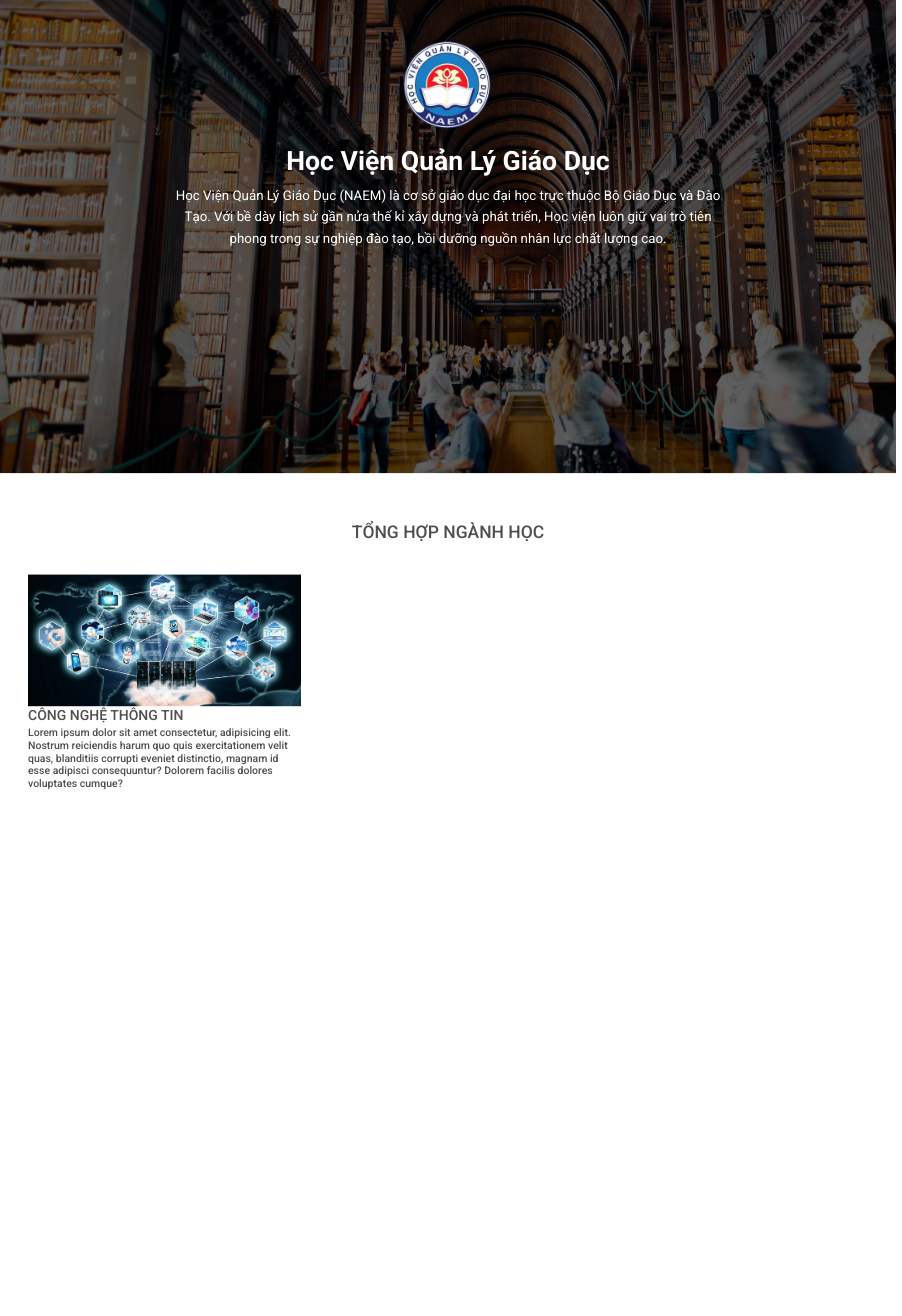
Repository: hongphuck1/trangweb1
Page: index.html
The author's editor kept a copy of each file at every save. The page is drawn from the files as they stood at one save, then again after the next save.
The browser window is 1280 px wide. The page is 1288 px wide, so the pictures cover 1288 px, including what lies to the right of the window. The pictures show the part of the page from y = 1247 to 3127 px (the page is 4941 px tall), at 70% of full size.

Above is the page before, as saved 2021-09-07 01:54:13.

### index.html
<!DOCTYPE html>
<html lang="en">

<head>
  <meta charset="UTF-8" />
  <meta name="viewport" content="width=device-width, initial-scale=1, shrink-to-fit=no" />
  <meta http-equiv="x-ua-compatible" content="ie=edge" />
  <title>Material Design for Bootstrap</title>
  <!-- MDB icon -->
  <link rel="icon" href="img/SSS1.png" type="image/x-icon" />
  <!-- Font Awesome -->
  <link rel="stylesheet" href="https://use.fontawesome.com/releases/v5.15.2/css/all.css" />
  <!-- Google Fonts Roboto -->
  <link rel="stylesheet" href="https://fonts.googleapis.com/css2?family=Roboto:wght@300;400;500;700;900&display=swap" />
  <!-- MDB -->
  <link rel="stylesheet" href="css/style.css" />
  <link rel="stylesheet" href="css/base.css" />
  <link rel="stylesheet" href="css/grid.css" />
  <link rel="stylesheet" href="css/mdb.min.css" />
</head>

<body>
  <!-- Start your project here-->
  <div class="main">
    <!--Main Navigation-->
    <header>


      <!-- Navbar -->
      <nav class="navbar--opacity navbar navbar-expand-lg navbar-light fixed-top mask-custom shadow-0">
        <div class="container">

          <a class="navbar-brand nav-link" target="_blank" href="https://mdbootstrap.com/docs/standard/">
            <strong style="font-size: 2.2rem;">MRC</strong>
          </a>
          <button class="navbar-toggler navbar-toggler--opacity" type="button" data-mdb-toggle="collapse"
            data-mdb-target="#navbarSupportedContent" aria-controls="navbarSupportedContent" aria-expanded="false"
            aria-label="Toggle navigation">
            <i style="color: #ccc" class="fas fa-bars"></i>
          </button>
          <div class="collapse navbar-collapse" id="navbarSupportedContent">
            <ul class="navbar-nav me-auto mb-2 mb-lg-0">
              <li class="nav-item active">
                <a class="nav-link" aria-current="page" href="#intro">Giới thiệu</a>
              </li>
              <li class="nav-item">
                <a class="nav-link" href="https://www.facebook.com/MRC.NAEM" rel="nofollow" target="_blank">Hỏi đáp</a>
              </li>
              <li class="nav-item">
                <a class="nav-link" href="https://www.facebook.com/MRC.NAEM" target="_blank">Bài viết</a>
              </li>
              <li class="nav-item">
                <a class="nav-link" href="https://www.facebook.com/messages/t/101815085369835" target="_blank">Liên
                  hệ</a>
              </li>
            </ul>
            <ul class="navbar-nav list-inline">
              <!-- Icons -->
              <li class="">
                <a class="nav-link" href="https://www.youtube.com/channel/UCjl0s7v8m8V4IzuAS1fH-iA" rel="nofollow"
                  target="_blank">
                  <i class="fab fa-youtube"></i>
                </a>
              </li>
              <li class="">
                <a class="nav-link" href="https://www.facebook.com/MRC.NAEM" rel="nofollow" target="_blank">
                  <i class="fab fa-facebook-f"></i>
                </a>
              </li>
              <li class="nav-item">
                <a class="nav-link" href="https://www.tiktok.com/@mrcnaem" rel="nofollow" target="_blank">
                  <i class="fab fa-tiktok"></i>
                </a>
              </li>
              <li class="nav-item">
                <a class="nav-link" href="tel: 0349167687" rel="nofollow" target="_blank">
                  <i class="fas fa-envelope"></i>
                </a>
              </li>
            </ul>
          </div>
        </div>
      </nav>

      <!-- Carousel wrapper -->
      <div id="introCarousel" class="carousel slide carousel-fade shadow-2-strong" data-mdb-ride="carousel">
        <!-- Indicators -->
        <ol class="carousel-indicators">
          <li data-mdb-target="#introCarousel" data-mdb-slide-to="0" class="active"></li>
          <li data-mdb-target="#introCarousel" data-mdb-slide-to="1"></li>
          <li data-mdb-target="#introCarousel" data-mdb-slide-to="2"></li>
        </ol>

        <!-- Inner -->
        <div class="carousel-inner">
          <!-- Single item -->
          <div class="carousel-item active">
            <div class="mask" style="background-color: rgba(0, 0, 0, 0.6);">
              <div class="d-flex justify-content-center align-items-center h-100">
                <div class="text-white text-center">
                  <h1 style="font-size: 2.4rem;" class="mb-3">CLB TUYỂN SINH VÀ TRUYỀN THÔNG - MRC NAEM</h1>
                  <h5 style="font-size: 1.2rem;" class="mb-4">Hỗ trợ tư vấn - hướng nghiệp, trả lời những thắc mắc cho
                    học sinh và phụ huynh.</h5>

                  <a style="font-size: 1.8rem; " class="btn-DANGKI btn btn-outline-light btn-lg m-2"
                    href="https://www.facebook.com/MRC.NAEM" target="_blank" role="button">Đăng kí ngay</a>
                </div>
              </div>
            </div>
          </div>

          <!-- Single item -->
          <div class="carousel-item">
            <div class="mask" style="background-color: rgba(0, 0, 0, 0.3);">
              <div class="d-flex justify-content-center align-items-center h-100">
                <div class="text-white text-center">
                  <h1 style="font-size: 2.4rem;" class="mb-3">CLB TUYỂN SINH VÀ TRUYỀN THÔNG - MRC NAEM</h1>
                  <h5 style="font-size: 1.2rem;" class="mb-4">Hỗ trợ tư vấn - hướng nghiệp, trả lời những thắc mắc cho
                    học sinh và phụ huynh.</h5>

                  <a style="font-size: 1.8rem; " class="btn-DANGKI btn btn-outline-light btn-lg m-2"
                    href="https://www.facebook.com/MRC.NAEM" target="_blank" role="button">Đăng kí ngay</a>
                </div>
              </div>
            </div>
          </div>

          <!-- Single item -->
          <div class="carousel-item">
            <div class="mask" style="
                background: linear-gradient(
                  45deg,
                  rgba(29, 236, 197, 0.7),
                  rgba(91, 14, 214, 0.7) 100%
                );
              ">
              <div class="d-flex justify-content-center align-items-center h-100">
                <div class="text-white text-center">
                  <h1 style="font-size: 2.4rem;" class="mb-3">CLB TUYỂN SINH VÀ TRUYỀN THÔNG - MRC NAEM</h1>
                  <h5 style="font-size: 1.2rem;" class="mb-4">Hỗ trợ tư vấn - hướng nghiệp, trả lời những thắc mắc cho
                    học sinh và phụ huynh.</h5>

                  <a style="font-size: 1.8rem; " class="btn-DANGKI btn btn-outline-light btn-lg m-2"
                    href="https://www.facebook.com/MRC.NAEM" target="_blank" role="button">Đăng kí ngay</a>
                </div>
              </div>
            </div>
          </div>
        </div>
        <!-- Inner -->

        <!-- Controls -->
        <a class="carousel-control-prev" href="#introCarousel" role="button" data-mdb-slide="prev">
          <span class="carousel-control-prev-icon" aria-hidden="true"></span>
          <span class="sr-only">Previous</span>
        </a>
        <a class="carousel-control-next" href="#introCarousel" role="button" data-mdb-slide="next">
          <span class="carousel-control-next-icon" aria-hidden="true"></span>
          <span class="sr-only">Next</span>
        </a>
      </div>
      <!-- Carousel wrapper -->
    </header>


    <section>
      <div class="container-body">
        <div class="container-body-name">
          <h1>Thông Tin Tuyển Sinh</h1>
        </div>

        <div class="row">
          <div class="col l-6">
            <div class="container-body-content">
              <h2 class="container-body-content__name">Các Phương Án Xét Tuyển</h2>
              <div class="container-body-content-attention">
                <i class="fas fa-check-double"></i>
                <h4>Dựa vào học bạ (Điểm HK1 & HK2 lớp 11 và điểm HK1 lớp 12)</h4>
              </div>
              <div class="container-body-content-attention">
                <i class="fas fa-check-double"></i>
                <h4>Sử dụng kết quả thi THPT 2021</h4>
              </div>
              <div class="container-body-content-attention">
                <i class="fas fa-check-double"></i>

                <h4>Tuyển thẳng</h4>
              </div>
              <div class="container-body-content-attention">
                <i class="far fa-bell"></i>
                <h4>Cơ hội trúng tuyển cao khi có tới 70% chỉ tiêu qua xét tuyển học bạ</h4>
              </div>
              <div class="container-body-content-attention">
                <i class="far fa-plus-square"></i>
                <h4>Đặc biệt sinh viên được phép học thêm một ngành khác tại Học viện (Luật, Ngôn ngữ Anh, Tâm lý giáo
                  dục, Quản trị văn phòng, Giáo dục học, Quản lý giáo dục và Kinh tế giáo dục)</h4>
              </div>
            </div>
          </div>
          <div class="col l-6">
            <div class="container-body-img">
              <img src="img/klipartz.com_-1024x586.png" alt="">
            </div>
          </div>
        </div>


      </div>

      <div class="container-body-review">
        <div class="grid wide">
          <div class="row">
            <div class="col l-12">
              <img src="img/1-1.png" alt="">
              <div class="container-body-review__name">
                Học Viện Quản Lý Giáo Dục
              </div>
              <div class="container-body-review__title">
                Học Viện Quản Lý Giáo Dục (NAEM) là cơ sở giáo dục đại học trực thuộc Bộ Giáo Dục và Đào Tạo. Với bề dày lịch sử gần nửa thế kỉ xây dựng và phát triển, Học viện luôn giữ vai trò tiên phong trong sự nghiệp đào tạo, bồi dưỡng nguồn nhân lực chất lượng cao.
              </div>
            </div>
        </div>
      </div>
    </div>

      <div class="container-body-subjects">
          <h1>TỔNG HỢP NGÀNH HỌC</h1>

          <div class="grid wide">
            <div class="row">
              <div class="col l-4">
                <img src="img/congnghethongtin.png" alt="">
                <h2>CÔNG NGHỆ THÔNG TIN</h2>
                <h4>Lorem ipsum dolor sit amet consectetur, adipisicing elit. Nostrum reiciendis harum quo quis exercitationem velit quas, blanditiis corrupti eveniet distinctio, magnam id esse adipisci consequuntur? Dolorem facilis dolores voluptates cumque?</h4>
              </div>
              <div class="col l-4"></div>
              <div class="col l-4"></div>
            </div>
          </div>

    </section>

  </div>
  <!--Main Navigation-->
  <!-- End your project here-->

  <!-- MDB -->
  <script type="text/javascript" src="js/mdb.min.js"></script>
  <!-- Custom scripts -->
  <script type="text/javascript"></script>
</body>

</html>

### css/style.css

.main {

    height: 1000px;
}

/* Carousel styling */
#introCarousel,
.carousel-inner,
.carousel-item,
.carousel-item.active {
  height: 100vh;
}

.carousel-item:nth-child(1) {
  background-image: url('https://mdbootstrap.com/img/Photos/Others/images/76.jpg');
  background-repeat: no-repeat;
  background-size: cover;
  background-position: center center;
}

.carousel-item:nth-child(2) {
  background-image: url('https://mdbootstrap.com/img/Photos/Others/images/77.jpg');
  background-repeat: no-repeat;
  background-size: cover;
  background-position: center center;
}

.carousel-item:nth-child(3) {
  background-image: url('https://mdbootstrap.com/img/Photos/Others/images/78.jpg');
  background-repeat: no-repeat;
  background-size: cover;
  background-position: center center;
}

/* Height for devices larger than 576px */
@media (min-width: 992px) {
  #introCarousel {
    margin-top: -58.59px;
  }
}

.navbar .nav-link {
  color: #fff !important;
}



/* trèn đè css boottraps */

.nav-link {
  /* padding: 1.2rem 1rem !important; */
  font-size: 1.6rem;
  padding-right: 20px !important;
}

.nav-link:hover {
  /* padding: 1.2rem 1rem !important; */
  color: yellow !important;
  transition: color 0.5s ;
}


.btn-DANGKI:hover {
  color: yellow !important;
  border: 1px solid yellow !important;
  transition: 0.5s ;
}

.navbar-dark .navbar-toggler, .navbar-light .navbar-toggler {
  display: block;
}

.navbar--opacity {
  background-color: rgba(1,1,1,0.2);
}


@media only screen and (max-width: 600px) {
 .text-center h1 {
    font-size: 2.7rem !important;
    padding: 20px 0;
  }
  .carousel-control-next, .carousel-control-prev{
    display: none !important;
  }
  .text-center h5{
    padding: 0 20px;
    line-height: 1.9rem !important;
    font-size: 1.4rem !important;
  }
}


@import url('https://fonts.googleapis.com/css2?family=Poppins:wght@300;400;600;700&display=swap');
  :root {
    --primary: #08aeea;
    --secondary: #13D2B8;
    --purple: #bd93f9;
    --pink: #ff6bcb;
    --blue: #8be9fd;
    --gray: #333;
    --font: "Poppins", sans-serif;
    --gradient: linear-gradient(40deg, #ff6ec4, #7873f5);
    --shadow: 0 0 15px 0 rgba(0,0,0,0.05);
  }
  *,
  *:before,
  *:after {
    box-sizing: border-box;
  }
  html {
    font-size: 62.5%;
  }

  body {
    font-family: var(--font);
    font-size: 1.4rem;
    overflow-x: hidden;
    font-weight: 300;
  }

  img {
    display: block;
    max-width: 100%;
  }

  a {
    text-decoration: none;
  }

  input,
  button,
  textarea,
  select {
    font-family: var(--font);
    font-size: 1.4rem;
    font-weight: 300;
    outline: none;
    border: 0;
    margin: 0;
    padding: 0;
    border-radius: 0;
    -webkit-appearance: none;
  }

  button {
    cursor: pointer;
  }

          .simple-card {
            background-color: white;
            border-radius: 2rem;
            padding: 1.5rem;
            box-shadow: var(--shadow);
          }
          .simple-card-image {
            position: relative;
            height: 0;
            padding-bottom: 56.25%;
          }
          .simple-card-image > img {
            position: absolute;
            top: 0;
            left: 0;
            width: 100%;
            height: 100%;
            object-fit: cover;
            border-radius: 1rem;
          }
          .simple-card-content {
            padding: 3rem 1rem;
          }
          .simple-card-title {
            font-weight: 500;
            font-size: 2rem;
            line-height: 1.6;
            margin-bottom: 1.5rem;
            color: #2b2b2b;
          }
          .simple-card-desc {
            color: #c7cbdc;
            font-weight: 300;
            line-height: 1.6;
            font-size: 1.4rem;
            margin-bottom: 3rem;
          }
          .simple-card-line {
            width: 30%;
            height: 2px;
            margin-left: auto;
            background-color: var(--primary);
          }

          .container-body{
            padding-top: 40px;
            padding-bottom: 70px;
          }
          .container-body-name{
            text-align: center;
            padding: 40px 0 ;
          }
          .container-body-name h1{
            color: #000000;
            font-family: "Open Sans", Sans-serif;
            font-size: 35px;
            font-weight: 700;
            text-transform: capitalize;
          }

          .container-body-content{
           padding-left: 100px;
          }
          .container-body-content__name{
           font-size: 2.8rem;
           color: #000000;
           padding-bottom: 10px;
          }
          .container-body-content-attention{
          display: flex;
          align-items: center;
          padding: 4px 0;
          }
          .container-body-content-attention i{
            transform: translateY(-15%);
            padding-right: 10px;
            font-size: 1.8rem;
            color: var(--primary);
          }
          .container-body-content-attention h4{
            font-size: 1.8rem;
          }

          .container-body-img{
          padding: 0 50px ;
          }

.container-body-review {
  background-image: url(../img/Thiết\ kế\ không\ tên.png);
  background-repeat: no-repeat;
  background-size: cover;
  height: 100vh;
}

.container-body-review img {
  width: 150px;
  margin: auto;
  padding-top: 90px;
}


.container-body-review__name, .container-body-review__title {
  text-align: center;
  color: white;
padding-top: 20px;
}

.container-body-review__name {
  font-size: 3.8rem;
  padding: 4px 0;
  font-weight: 600;
}

.container-body-review__title {
  font-size: 1.9rem;
  padding: 0 200px;
}



/* TỔNG HỢP NGÀNH HỌC */

.container-body-subjects{
  padding: 70px 0;
}

.container-body-subjects h1 {
  text-align: center;
  padding-bottom: 40px;
  container-body-subjects
}

### css/base.css
:root {
    --white-color: #fff;
    --black-color: #000;
    --text-color: rgb(110, 109, 109);
    --primary-color: #6EC1E4;
    --primary-color-sub: #fd3f00;
    --border-color: #dbdbdb;

    --header: 109px;
    --header-top: 36px;
    --navbar-height: 27px;
    --header-with-search-height: calc(var(--header-height) - var(--navbar-height));
    --header-sort-bar-height: 46px;
}


* {
    margin: 0;
    padding: 0;
    box-sizing: border-box;

}
.no-copy__text {
    user-select: none;
}
html {
    font-size: 62.5%;
    line-height: 1.6rem;
    font-family: 'Roboto', sans-serif;

    /* user-select: none;   không cho copy text */
}

body {
    height: 5000px;
}
@media only screen and  (max-width: 1000px) and (min-width: 700px) {
    html {
    }
}

Loaded but not shown: css/mdb.min.css (library); js/mdb.min.js (library); css/grid.css (590 lines, source omitted)

After the next save:
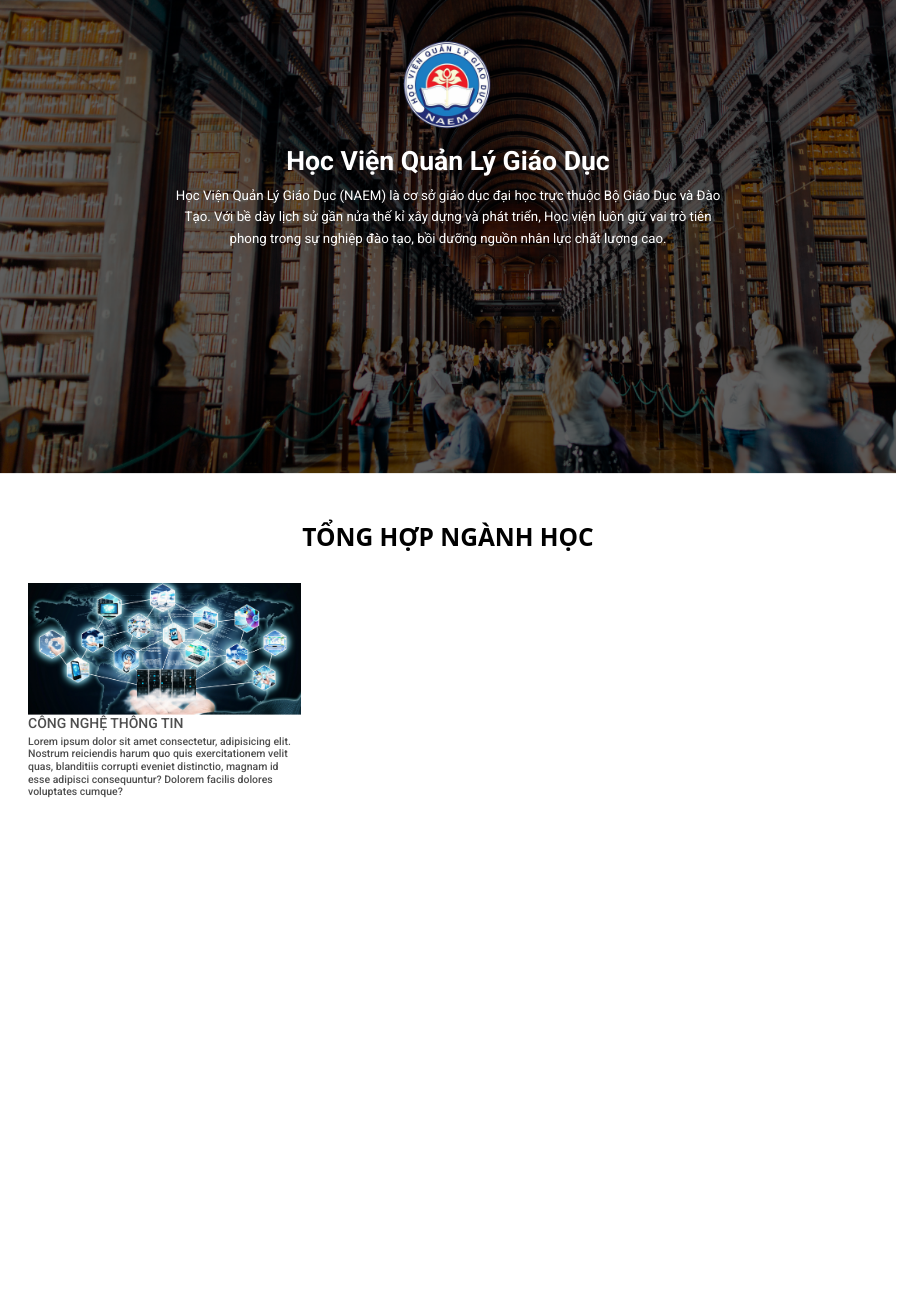
Saved 14 s later.
--- a/css/style.css
+++ b/css/style.css
@@ -277,5 +277,9 @@
 .container-body-subjects h1 {
   text-align: center;
   padding-bottom: 40px;
-  container-body-subjects
-}
+  color: rgb(0, 0, 0);
+    font-family: "Open Sans", sans-serif;
+    font-size: 35px;
+    font-weight: 700;
+    text-transform: capitalize;
+}
